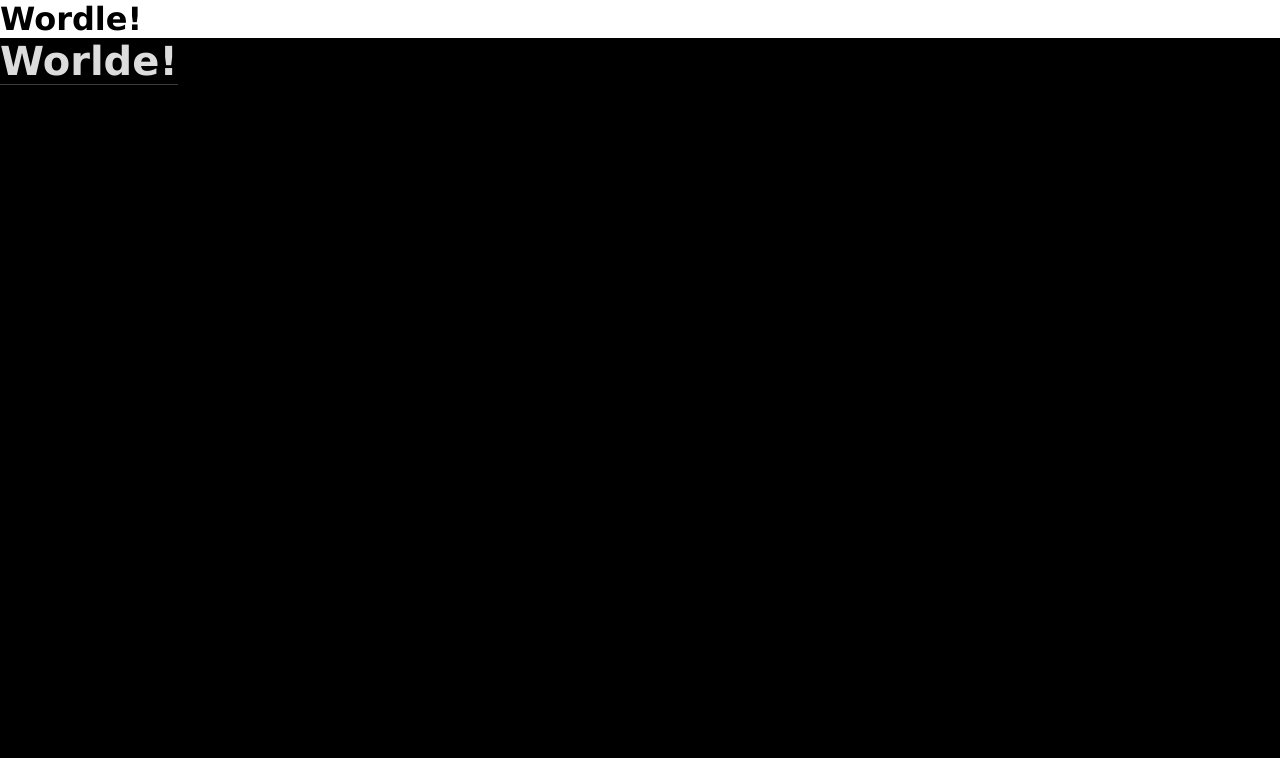
Repository: devkthines/wordle-clone
Page: index.html
These files come from the project's save history. The page is drawn as it stood at one moment and after the next save; the edit follows.
The browser window is 1280 px wide. The pictures show the whole page.

Above is the page before, as saved 2023-11-05 23:09:59.

### index.html
<!DOCTYPE html>
<html lang="en">
<head>
    <meta charset="UTF-8">
    <meta name="viewport" content="width=device-width, initial-scale=1.0">
    <title>Wordle Clone!</title>
    <script src="js/main.js"></script>
    <link rel="stylesheet" href="css/style.css">
</head>
<body>
<h1>Wordle!</h1>
<div id="container">
    <div id="game">
        <header>
            <h1 class="title">Worlde!</h1>
        </header>
    </div>
</div>
</body>
</html>

### css/style.css
*{
    margin: 0;
    padding: 0;
}
html,body{
    height: 100%;
    font-family: 'Lucida Sans', 'Lucida Sans Regular', 'Lucida Grande', 'Lucida Sans Unicode', Geneva, Verdana, sans-serif;

}
#container{
    display: flex;
    background-color: black;
    height: 100%;
}
header{
    border-bottom: 1px solid rgb(58,58,60);
}
.title{
    color: gainsboro;
    font-size: 2.5rem;
    font-weight: bold;
    margin: ;
}

Loaded but not shown: js/main.js (common file)

After the next save:
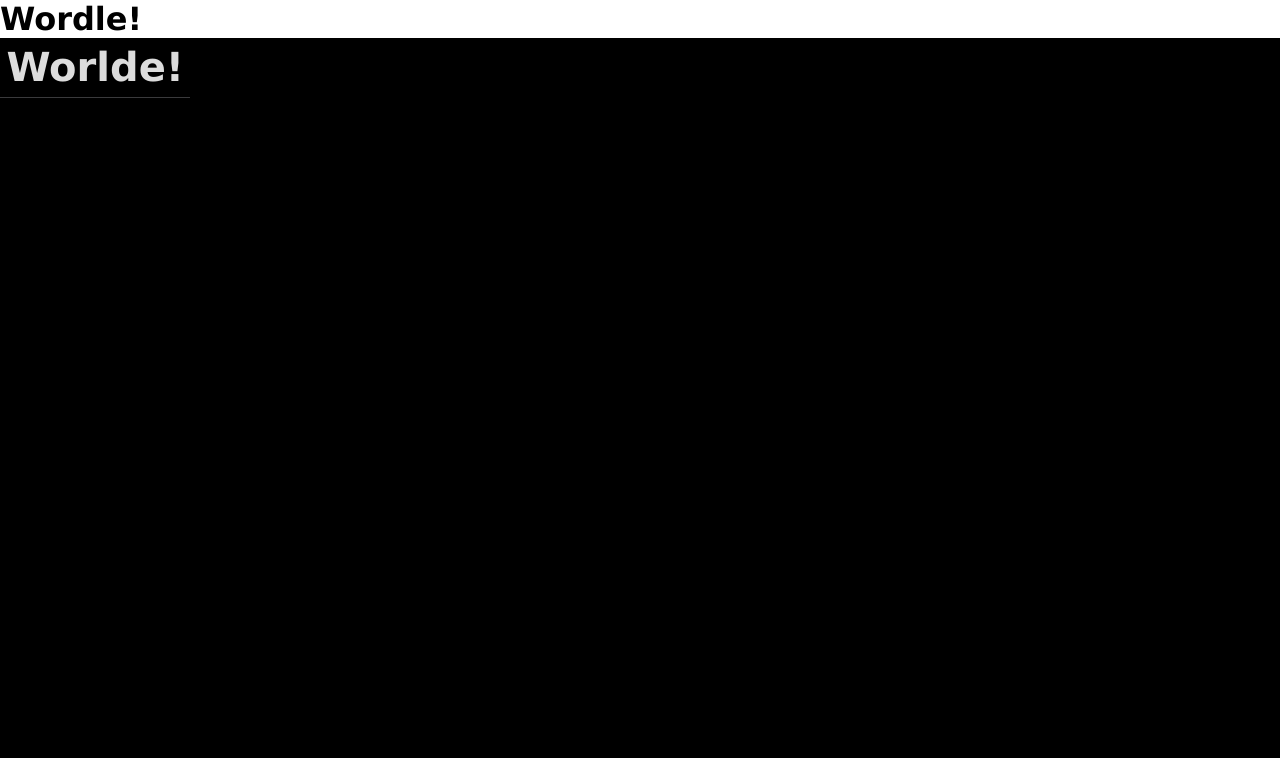
Saved 11 s later.
--- a/css/style.css
+++ b/css/style.css
@@ -19,5 +19,5 @@
     color: gainsboro;
     font-size: 2.5rem;
     font-weight: bold;
-    margin: ;
+    margin: 0.4rem ;
 }
